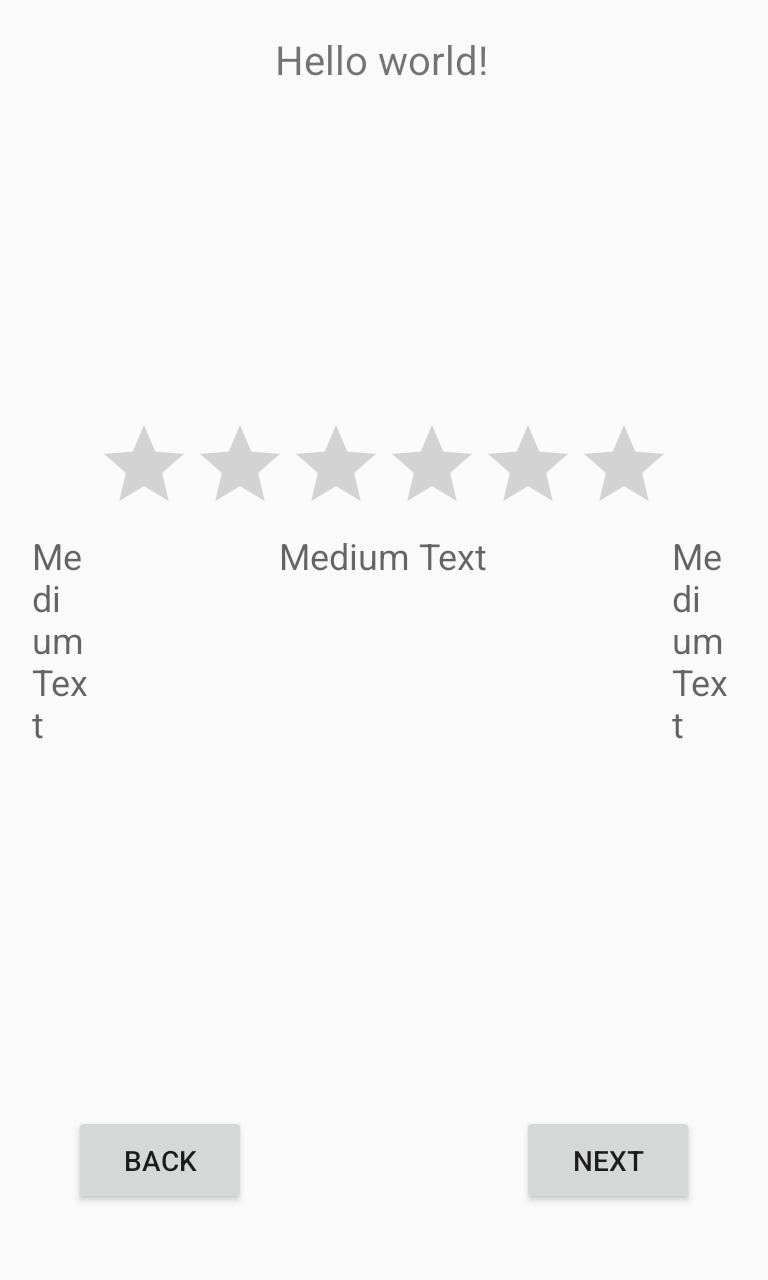
Repository: stevelyall/ERapp
Layout: ERsurvey/res/layout/activity_survey.xml
These files come from the project's save history. The layout is drawn as it stood at one moment and after the next save; the edit follows.
It is drawn on a 768 x 1280 px phone screen (xhdpi) without system bars, with theme AppTheme; the app's code is not run.

Above is the layout before, as saved 2014-10-26 01:40:02.

After the next save:
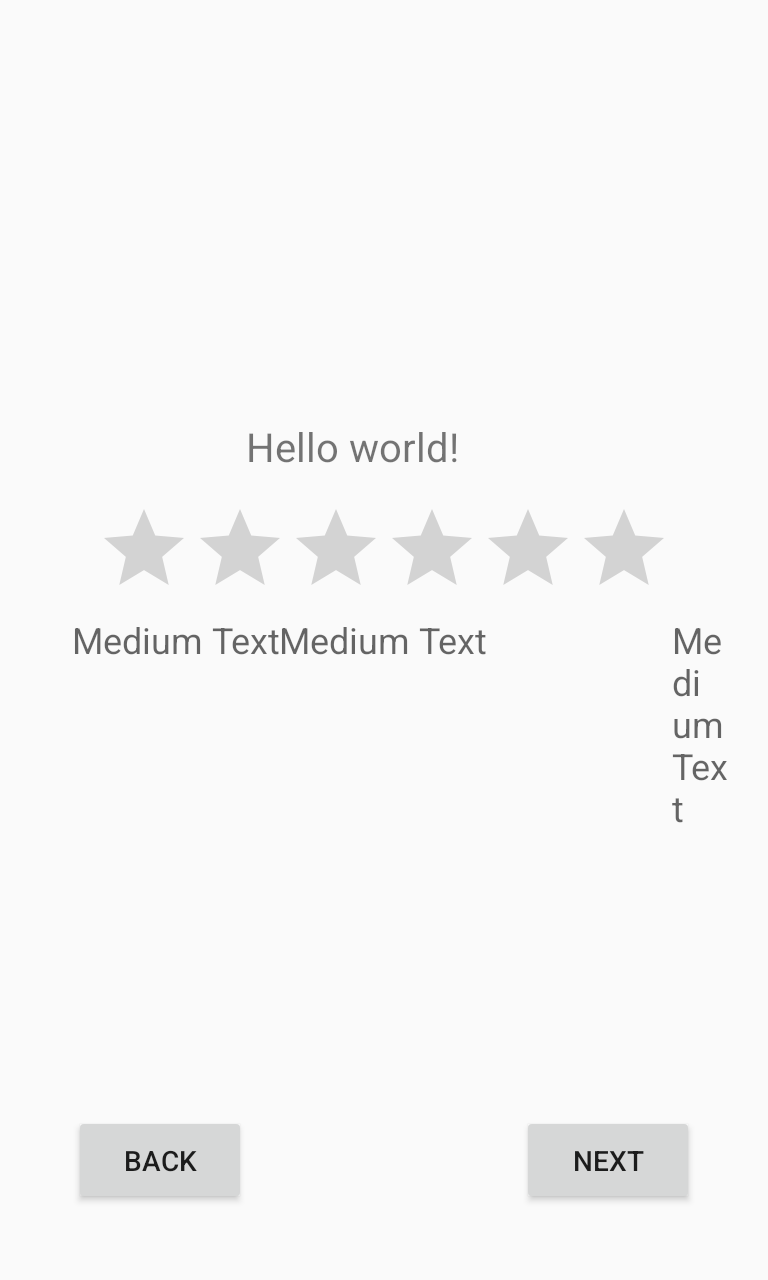
Saved 5 min 13 s later.
--- a/ERsurvey/res/layout/activity_survey.xml
+++ b/ERsurvey/res/layout/activity_survey.xml
@@ -39,15 +39,6 @@
         android:stepSize="1.0" />
 
     <TextView
-        android:id="@+id/lowDesc"
-        android:layout_width="wrap_content"
-        android:layout_height="wrap_content"
-        android:layout_centerVertical="true"
-        android:layout_toLeftOf="@+id/rating"
-        android:text="Medium Text"
-        android:textAppearance="?android:attr/textAppearanceMedium" />
-
-    <TextView
         android:id="@+id/medDesc"
         android:layout_width="wrap_content"
         android:layout_height="wrap_content"
@@ -69,10 +60,21 @@
         android:id="@+id/questionTextView"
         android:layout_width="wrap_content"
         android:layout_height="wrap_content"
-        android:layout_alignParentTop="true"
-        android:layout_alignRight="@+id/medDesc"
+        android:layout_above="@+id/rating"
+        android:layout_alignLeft="@+id/rating"
+        android:layout_marginBottom="14dp"
+        android:layout_marginLeft="75dp"
         android:gravity="center_horizontal"
         android:text="@string/hello_world"
         android:textSize="20sp" />
 
+    <TextView
+        android:id="@+id/lowDesc"
+        android:layout_width="wrap_content"
+        android:layout_height="wrap_content"
+        android:layout_alignLeft="@+id/backButton"
+        android:layout_centerVertical="true"
+        android:text="Medium Text"
+        android:textAppearance="?android:attr/textAppearanceMedium" />
+
 </RelativeLayout>
